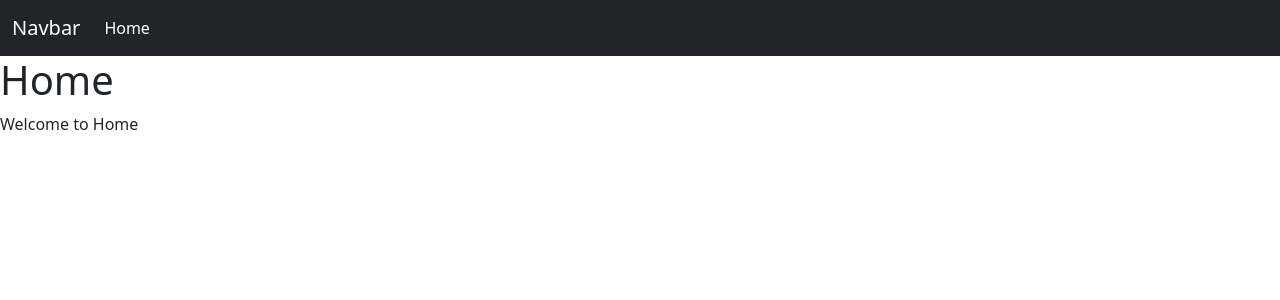
Repository: BlessingAjiboye/WEEJ4JULIO
Page: http://localhost/
These files come from the project's save history. The page is drawn as it stood at one moment and after the next save; the edit follows.
The browser window is 1280 px wide. The pictures show the whole page.
The page is served by the project's Node server (server.js). Other server files are loaded and not shown.

Above is the page before, as saved 2022-09-22 15:44:16.

### views/index.ejs
<!DOCTYPE html>
<html lang="en">
<head>
  <meta charset="UTF-8">
  <meta http-equiv="X-UA-Compatible" content="IE=edge">
  <meta name="viewport" content="width=device-width, initial-scale=1.0">
  <title><%= title %></title>
  <link rel="stylesheet"href="/bootstrap/dist/css/bootstrap.min.css"/>
  <link rel="stylesheet"href="@fortawesome/fontawesome-free/css/all.min.css"/>
  <link rel='stylesheet' href='/Content/app.css' />
</head>
<body>
  <nav class="navbar navbar-expand-lg navbar-dark bg-dark">
    <div class="container-fluid">
      <a class="navbar-brand" href="#">Navbar</a>
      <button class="navbar-toggler" type="button" data-bs-toggle="collapse" data-bs-target="#navbarSupportedContent" aria-controls="navbarSupportedContent" aria-expanded="false" aria-label="Toggle navigation">
        <span class="navbar-toggler-icon"></span>
      </button>
      <div class="collapse navbar-collapse" id="navbarSupportedContent">
        <ul class="navbar-nav me-auto mb-2 mb-lg-0">
          <li class="nav-item">
            <a class="nav-link active" aria-current="page" href="/">Home</a>
          </li>

      </div>
    </div>
  </nav>
  <h1><%= title %></h1>
   <p>Welcome to <%= title %></p>
   <script src="/jquery/dist/jquery.min.js"></script>
   <script src="/bootstrap/dist/js/bootstrap.min.js"></script>
    <script src="/Scripts/app.js"></script>
</body>
</html>

### server.js
#!/usr/bin/env node

/**
 * Module dependencies.
 */

var app = require('./app');
var debug = require('debug')('week344:server');
var http = require('http');

/**
 * Get port from environment and store in Express.
 */

var port = normalizePort(process.env.PORT || '3000');
app.set('port', port);

/**
 * Create HTTP server.
 */

var server = http.createServer(app);

/**
 * Listen on provided port, on all network interfaces.
 */

server.listen(port);
server.on('error', onError);
server.on('listening', onListening);

/**
 * Normalize a port into a number, string, or false.
 */

function normalizePort(val) {
  var port = parseInt(val, 10);

  if (isNaN(port)) {
    // named pipe
    return val;
  }

  if (port >= 0) {
    // port number
    return port;
  }

  return false;
}

/**
 * Event listener for HTTP server "error" event.
 */

function onError(error) {
  if (error.syscall !== 'listen') {
    throw error;
  }

  var bind = typeof port === 'string'
    ? 'Pipe ' + port
    : 'Port ' + port;

  // handle specific listen errors with friendly messages
  switch (error.code) {
    case 'EACCES':
      console.error(bind + ' requires elevated privileges');
      process.exit(1);
      break;
    case 'EADDRINUSE':
      console.error(bind + ' is already in use');
      process.exit(1);
      break;
    default:
      throw error;
  }
}

/**
 * Event listener for HTTP server "listening" event.
 */

function onListening() {
  var addr = server.address();
  var bind = typeof addr === 'string'
    ? 'pipe ' + addr
    : 'port ' + addr.port;
  debug('Listening on ' + bind);
}

### routes/index.js
var express = require('express');
var router = express.Router();

/* GET home page. */
router.get('/', function(req, res, next) {
  res.render('index', { title: 'Home' });
});

router.get('/home', function(req, res, next) {
  res.render('index', { title: 'Home' });
});
router.get('/about', function(req, res, next) {
  res.render('index', { title: 'About' });
});

router.get('/Products', function(req, res, next) {
  res.render('index', { title: 'Products' });
});

router.get('/Services', function(req, res, next) {
  res.render('index', { title: 'Services' });
});

router.get('/Contact', function(req, res, next) {
  res.render('index', { title: 'Contact' });
});
module.exports = router;

### app.js
var createError = require('http-errors');
var express = require('express');
var path = require('path');
var cookieParser = require('cookie-parser');
var logger = require('morgan');

var indexRouter = require('./routes/index');
var usersRouter = require('./routes/users');

var app = express();

// view engine setup
app.set('views', path.join(__dirname, 'views'));
app.set('view engine', 'ejs');

app.use(logger('dev'));
app.use(express.json());
app.use(express.urlencoded({ extended: false }));
app.use(cookieParser());
app.use(express.static(path.join(__dirname, 'public')));
app.use(express.static(path.join(__dirname, 'node_modules')));

app.use('/', indexRouter);
app.use('/users', usersRouter);

// catch 404 and forward to error handler
app.use(function(req, res, next) {
  next(createError(404));
});

// error handler
app.use(function(err, req, res, next) {
  // set locals, only providing error in development
  res.locals.message = err.message;
  res.locals.error = req.app.get('env') === 'development' ? err : {};

  // render the error page
  res.status(err.status || 500);
  res.render('error');
});

module.exports = app;

### public/Content/app.css
/* custom css*/

### public/Scripts/app.js
(function(){
    function start()
    {
        console.log("App started...");
    }
    window.addEventListener("load",start);
})();

After the next save:
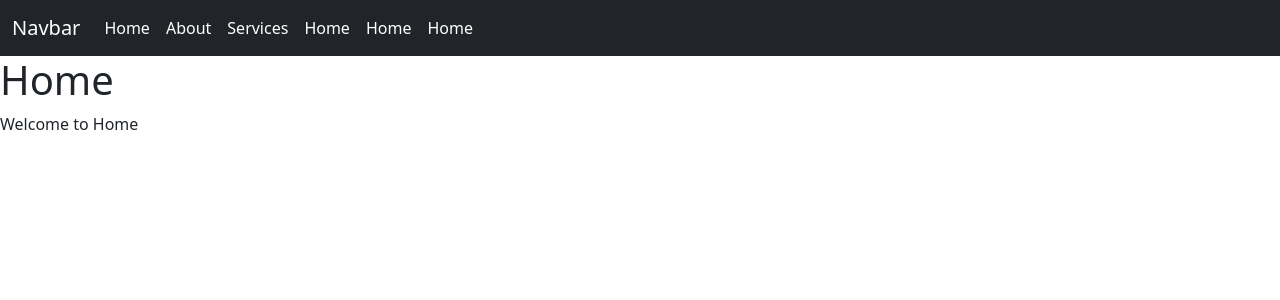
Saved 75 s later.
--- a/views/index.ejs
+++ b/views/index.ejs
@@ -22,6 +22,21 @@
             <a class="nav-link active" aria-current="page" href="/">Home</a>
           </li>
 
+          <li class="nav-item">
+            <a class="nav-link active" aria-current="page" href="/about">About</a>
+          </li>
+          <li class="nav-item">
+            <a class="nav-link active" aria-current="page" href="/services">Services</a>
+          </li>
+          <li class="nav-item">
+            <a class="nav-link active" aria-current="page" href="/">Home</a>
+          </li>
+          <li class="nav-item">
+            <a class="nav-link active" aria-current="page" href="/">Home</a>
+          </li>
+          <li class="nav-item">
+            <a class="nav-link active" aria-current="page" href="/">Home</a>
+          </li>
       </div>
     </div>
   </nav>
